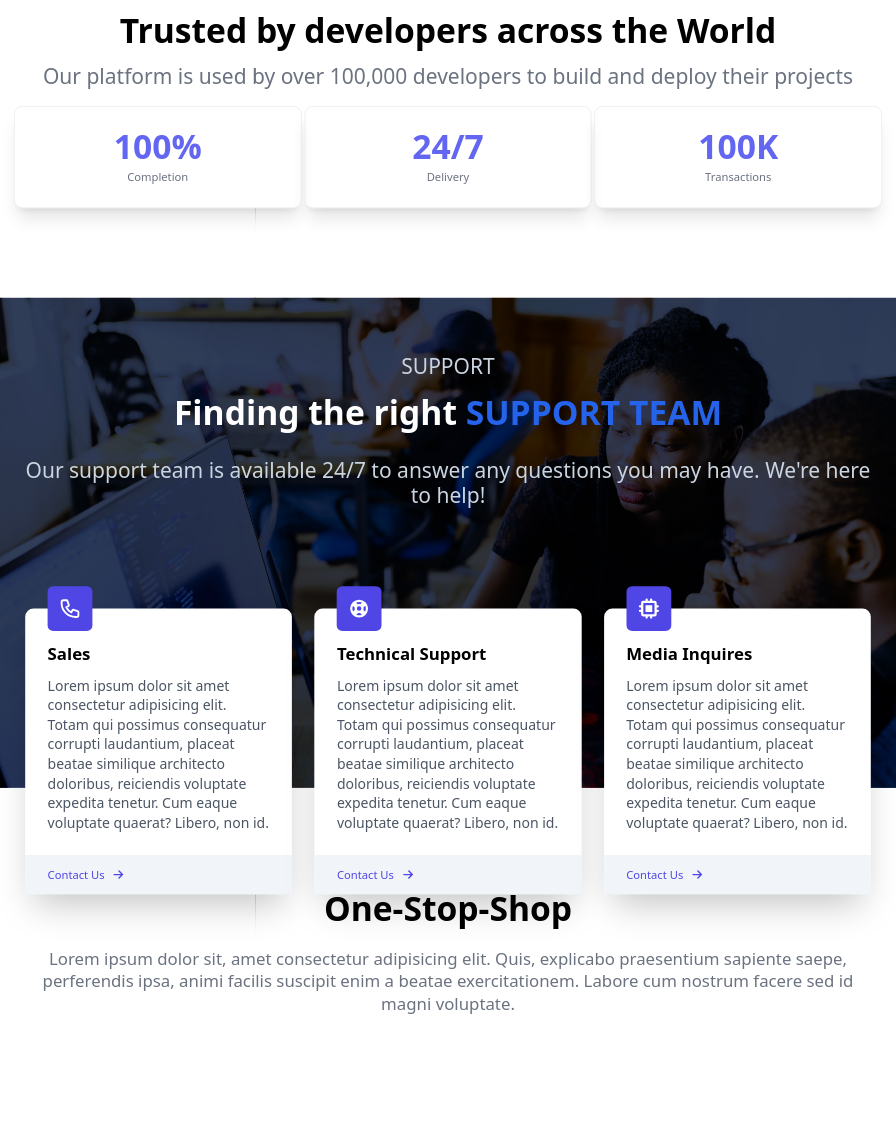
Repository: Esther-Kamau/cloud-management
Page: /
An editor plug-in stored every save of this project. The page is shown before and after a run of saves, followed by the edit.
The browser window is 1280 px wide. The pictures show the part of the page from y = 828 to 2748 px (the page is 2454 px tall before and 2748 px after), at 70% of full size.
The project was rebuilt for these pictures with package versions that can differ from the ones it lists, and the page was loaded fresh each time. A package was used in the major version that the imports need, not the one package.json lists.

Above is the page before, as saved 2023-03-16 20:31:42.

### public/index.html
<!DOCTYPE html>
<html lang="en">
  <head>
    <meta charset="utf-8" />
    <link rel="icon" href="%PUBLIC_URL%/Logo.png" />
    <meta name="viewport" content="width=device-width, initial-scale=1" />
    <meta name="theme-color" content="#000000" />
    <meta
      name="description"
      content="Web site created using create-react-app"
    />
    <link rel="apple-touch-icon" href="%PUBLIC_URL%/Logo.png" />
    <!--
      manifest.json provides metadata used when your web app is installed on a
      user's mobile device or desktop. See https://developers.google.com/web/fundamentals/web-app-manifest/
    -->
    <link rel="manifest" href="%PUBLIC_URL%/manifest.json" />
    <!--
      Notice the use of %PUBLIC_URL% in the tags above.
      It will be replaced with the URL of the `public` folder during the build.
      Only files inside the `public` folder can be referenced from the HTML.

      Unlike "/favicon.ico" or "favicon.ico", "%PUBLIC_URL%/favicon.ico" will
      work correctly both with client-side routing and a non-root public URL.
      Learn how to configure a non-root public URL by running `npm run build`.
    -->
    <title>Cloud Technology</title>
  </head>
  <body>
    <noscript>You need to enable JavaScript to run this app.</noscript>
    <div id="root"></div>
    <!--
      This HTML file is a template.
      If you open it directly in the browser, you will see an empty page.

      You can add webfonts, meta tags, or analytics to this file.
      The build step will place the bundled scripts into the <body> tag.

      To begin the development, run `npm start` or `yarn start`.
      To create a production bundle, use `npm run build` or `yarn build`.
    -->
  </body>
</html>

### src/index.css
@tailwind base;
@tailwind components;
@tailwind utilities;

@layer base{
    li{
      @apply p-4 text-white hover:text-slate-300
    }
    button {
        @apply p-4 text-white border bg-blue-600 border-blue-600
        hover:bg-transparent hover:text-black rounded-md
      }
}

### src/App.jsx
import Navbar from "./components/Navbar"
import Hero from "./components/Hero"
import About from "./components/About"
import Support from "./components/Support"
import Features from "./components/Features"

function App() {
  return (

    <>
  <Navbar/>
  <Hero/>
  <About/>
  <Support/>
  <Features/>
    </>
  );
}

export default App;

### src/components/Navbar.jsx
import React, { useState } from "react";
import { MenuIcon, XIcon } from "@heroicons/react/outline";
import Logo from "../assets/Logo.png";

const Navbar = () => {
  const [nav, setNav] = useState(false);
  const handleClick = () => setNav(!nav);

  return (
    <div className="w-screen h-[100px] z-10 bg-blue-900 fixed drop-shadow-lg">
      <div className="px-2 flex justify-between items-center w-full h-full">
        <div className="flex items-center">
          <img className="h-[180px] w-[180px]" src={Logo} alt="Logoimg" />
          <ul className="hidden md:flex">
            <li>Home</li>
            <li>About</li>
            <li>Support</li>
            <li>Platforms</li>
            <li>Pricing</li>
          </ul>
        </div>
        <div className="hidden md:flex pr-4">
          <button className="border-none bg-white text-black mr-4 hover:text-white hover:bg-blue-300">
            Sign In
          </button>
          <button className="border-none bg-white text-black px-8 py-3 hover:text-white hover:bg-blue-300">
            Sign Up
          </button>
        </div>
        {/* toggle state */}
        <div className="md:hidden" onClick={handleClick}>
          {/* if the opposite of nav is true display this else xicon */}
          {!nav ? (
            <MenuIcon className="w-8 stroke-white" />
          ) : (
            <XIcon className="w-8 stroke-white" />
          )}
        </div>
      </div>
      {/* if nav is not true hide the menu if tru display the menu */}
      <ul className={!nav ? "hidden" : "absolute bg-blue-900 w-full px-8"}>
        <li className="border-b-2 border-blue-200 w-full">Home</li>
        <li className="border-b-2 border-blue-200 w-full">About</li>
        <li className="border-b-2 border-blue-200 w-full">Support</li>
        <li className="border-b-2 border-blue-200 w-full">Platforms</li>
        <li className="border-b-2 border-blue-200 w-full">Pricing</li>
        <div className="flex flex-col my-4">
          <button className=" bg-transparent text-white mb-4 hover:bg-white hover:text-black">Sign In</button>

          <button className="px-8 py-3">Sign Up</button>
        </div>
      </ul>
    </div>
  );
};

export default Navbar;

### src/components/Hero.jsx
import React from "react";
import {
  CloudUploadIcon,
  DatabaseIcon,
  PaperAirplaneIcon,
  ServerIcon,
} from "@heroicons/react/solid";

import bgImg from "../assets/cyber-bg.png";

const Hero = () => {
  return (
    <div className="w-full h-screen flex flex-col justify-between">
      <div className="grid md:grid-cols-2 max-w-[1240px] m-auto">
        <div className="flex flex-col justify-center md:items-start w-full px-2 py-3">
          <p className="text-2xl">Unique Sequencing & Production</p>
          <h1 className="py-3 text-5xl font-bold md:text-7xl">
            Cloud Management
          </h1>
          <p className="text-2xl mb-3">
            This is our{" "}
            <span className="text-blue-600 font-bold">CLOUD TECH</span> Brand
          </p>
          <button className="py-3 px-6 sm:w-[60%] my-4">
            Let's get you started
          </button>
        </div>
        <div>
          <img src={bgImg} alt="bg" className="w-full" />
        </div>
        {/* check on this later: absolute position */}
        <div
         className='absolute flex flex-col py-8 md:min-w-[760px] bottom-[-5%]
         mx-1 md:left-1/2 transform md:-translate-x-1/2 bg-white
         border border-slate-300 rounded-xl text-center shadow-xl'
        >
          <p className="text-xl font-semibold text-center">Data Services</p>
          <div className="flex flex-wrap justify-between px-4">
            <p className="flex px-4 py-2 text-slate-600"><CloudUploadIcon  className="h-6 text-indigo-600" /> App Security</p>
            <p className="flex px-4 py-2 text-slate-600"><DatabaseIcon className="h-6 text-indigo-600" /> Dashboard Designs</p>
            <p className="flex px-4 py-2 text-slate-600"><ServerIcon className="h-6 text-indigo-600"/> Cloud Data</p>
            <p className="flex px-4 py-2 text-slate-600"><PaperAirplaneIcon className="h-6 text-indigo-600"/> API</p>
          </div>
        </div>
      </div>
    </div>
  );
};

export default Hero;

### src/components/About.jsx
import React from "react";

const About = () => {
  return (
    <div className="w-full my-32">
      <div className="max-w-[1240px] mx-auto">
        <div className="text-center">
          <h2 className="text-5xl font-bold">
            Trusted by developers across the World
          </h2>
          <p className="text-3xl py-6 text-gray-500 font-medium">
            Our platform is used by over 100,000 developers to build and deploy
            their projects
          </p>
        </div>
<div className="grid md:grid-cols-3 gap-1 text-center">

        <div  className="border py-8 rounded-xl shadow-xl ">
          <p className="text-5xl text-indigo-500 font-bold">100%</p>
          <p className="text-gray-500 mt-2">Completion</p>
        </div>
        <div className="border py-8 rounded-xl shadow-xl ">
          <p className="text-5xl text-indigo-500 font-bold">24/7</p>
          <p className="text-gray-500 mt-2">Delivery</p>
        </div>
        <div className="border py-8 rounded-xl shadow-xl ">
          <p className="text-5xl text-indigo-500 font-bold">100K</p>
          <p className="text-gray-500 mt-2">Transactions</p>
        </div>
</div>
      </div>
    </div>
  );
};

export default About;

### src/components/Support.jsx
import React from "react";
import { PhoneIcon, ArrowSmRightIcon } from "@heroicons/react/outline";
import { ChipIcon, SupportIcon } from "@heroicons/react/solid";

import supportImg from "../assets/support.jpg";

const Support = () => {
  return (
    <div className="w-full h-screen mt-24">
      <div className="w-full h-[700px] bg-gray-900/90 absolute">
        <img
          src={supportImg}
          alt="/"
          className="w-full h-full object-cover mix-blend-overlay"
        />
      </div>
      <div className="max-w-[1240px] mx-auto text-white relative">
        <div className="px-4 py-12">
          <h2 className="pt-8 text-3xl uppercase text-center text-slate-300">
            Support
          </h2>
          <p className=" text-center text-5xl font-bold py-6 ">
            Finding the right
            <span className="text-blue-600"> SUPPORT TEAM</span>
          </p>
          <p className="text-3xl text-slate-300 py-4 text-center">
            Our support team is available 24/7 to answer any questions you may
            have. We're here to help!
          </p>
        </div>
        <div className="grid grid-cols-1 lg:grid-cols-3 relative gap-y-16 gap-x-8 px-4 pt-12 sm:pt-20 text-black">
          <div className="bg-white rounded-xl shadow-2xl hover:drop-shadow-lg">
            <div className="p-8">
              <PhoneIcon className="p-4 w-16 text-white bg-indigo-600 mt-[-4rem] rounded-lg" />
              <h3 className="text-2xl my-4 font-bold">Sales</h3>
              <p className="text-gray-600 text-xl">
                Lorem ipsum dolor sit amet consectetur adipisicing elit. Totam
                qui possimus consequatur corrupti laudantium, placeat beatae
                similique architecto doloribus, reiciendis voluptate expedita
                tenetur. Cum eaque voluptate quaerat? Libero, non id.
              </p>
            </div>
            <div className="bg-slate-100 pl-8 py-4 ">
            <a href="">
                <p className="flex items-center text-indigo-600">
                  Contact Us <ArrowSmRightIcon className="ml-2 w-6" />
                </p>
              </a>
            </div>
          </div>
          <div className="bg-white rounded-xl shadow-2xl hover:drop-shadow-lg">
            <div className="p-8">
              <SupportIcon className="p-4 w-16 text-white bg-indigo-600 mt-[-4rem] rounded-lg" />
              <h3 className="text-2xl my-4 font-bold">Technical Support</h3>
              <p className="text-gray-600 text-xl">
                Lorem ipsum dolor sit amet consectetur adipisicing elit. Totam
                qui possimus consequatur corrupti laudantium, placeat beatae
                similique architecto doloribus, reiciendis voluptate expedita
                tenetur. Cum eaque voluptate quaerat? Libero, non id.
              </p>
            </div>
            <div className="bg-slate-100 pl-8 py-4 ">
              <a href="">
                <p className="flex items-center text-indigo-600">
                  Contact Us <ArrowSmRightIcon className="ml-2 w-6" />
                </p>
              </a>
            </div>
          </div>
          <div className="bg-white rounded-xl shadow-2xl hover:drop-shadow-lg">
            <div className="p-8">
              <ChipIcon className="p-4 w-16 text-white bg-indigo-600 mt-[-4rem] rounded-lg" />
              <h3 className="text-2xl my-4 font-bold">Media Inquires</h3>
              <p className="text-gray-600 text-xl">
                Lorem ipsum dolor sit amet consectetur adipisicing elit. Totam
                qui possimus consequatur corrupti laudantium, placeat beatae
                similique architecto doloribus, reiciendis voluptate expedita
                tenetur. Cum eaque voluptate quaerat? Libero, non id.
              </p>
            </div>
            <div className="bg-slate-100 pl-8 py-4 ">
            <a href="">
                <p className="flex items-center text-indigo-600">
                  Contact Us <ArrowSmRightIcon className="ml-2 w-6" />
                </p>
              </a>
            </div>
          </div>
        </div>
      </div>
    </div>
  );
};

export default Support;

### src/components/Features.jsx
import React from 'react'
import { CheckIcon } from '@heroicons/react/outline'

const Features = () => {
  return (
    <div className='h-full my-32'>
        <div className='max-w-[1240px] mx-auto px-2'>
            <h2 className='font-bold text-center text-5xl'>One-Stop-Shop</h2>
            <p className='text-center text-2xl py-8 text-gray-500'>Lorem ipsum dolor sit, amet consectetur adipisicing elit. Quis, explicabo praesentium sapiente saepe, perferendis ipsa, animi facilis suscipit enim a beatae exercitationem. Labore cum nostrum facere sed id magni voluptate.</p>
<div className='grid sm:grid-cols-1 lg:grid-cols-4 gap-4 pt-4' >
    <div className='flex '>

    </div>

</div>
        </div>
    </div>
  )
}

export default Features

### tailwind.config.js
/** @type {import('tailwindcss').Config} */
module.exports = {
  content: ['./src/**/*.{js,jsx,ts,tsx}'],
  theme: {
    screens: {
      sm: '640px',
      // => @media (min-width: 640px) { ... }

      md: '768px',
      // => @media (min-width: 768px) { ... }

      lg: '1024px',
      // => @media (min-width: 1024px) { ... }

      xl: '1280px',
      // => @media (min-width: 1280px) { ... }

      '2xl': '1536px',
      // => @media (min-width: 1536px) { ... }
    },
  },
  plugins: [],
};

Loaded but not shown: src/index.js (common file)

After the next 2 saves:
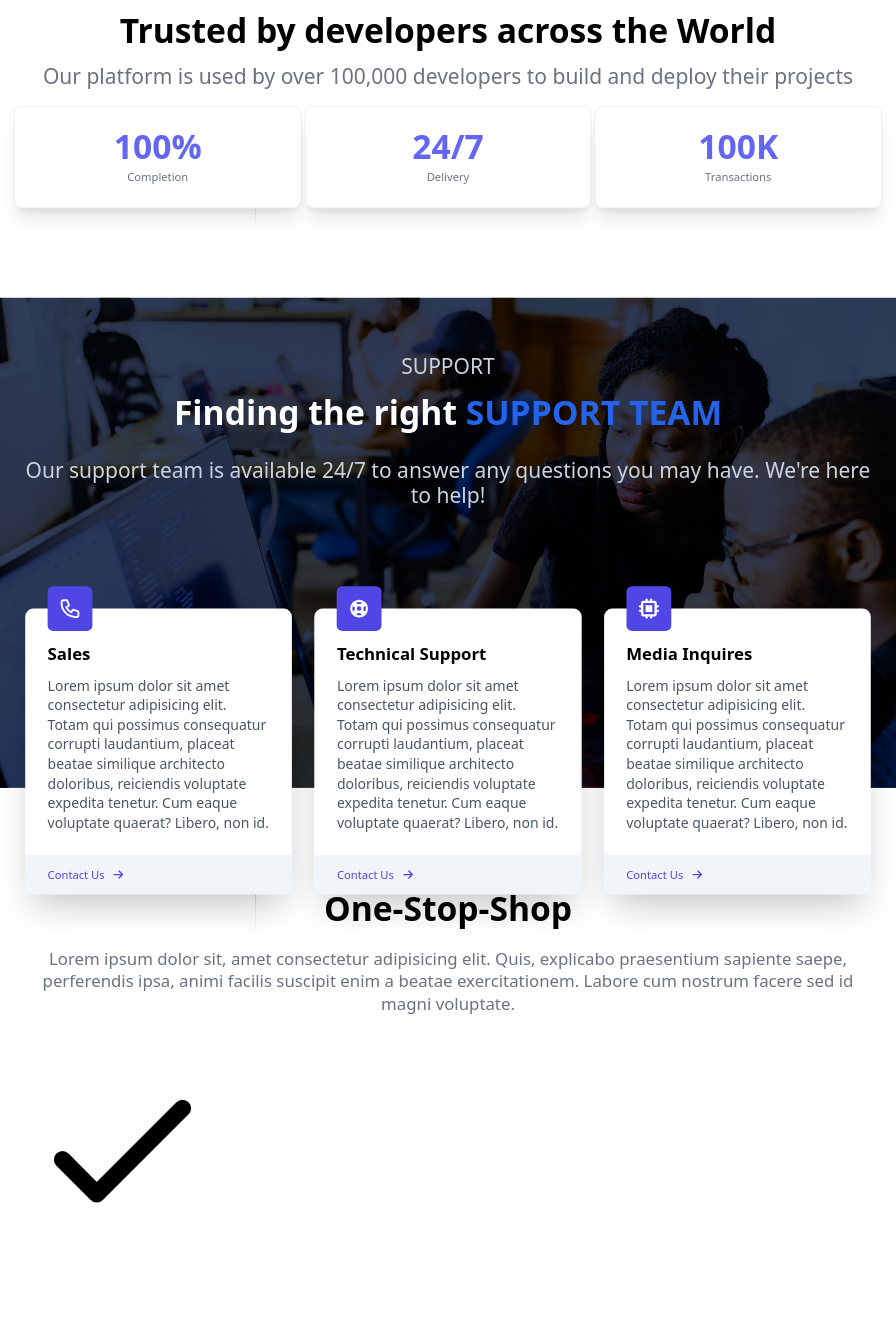
The 2 saves are shown as one change because they came seconds apart.
The last was saved 11 s later.
--- a/src/components/Features.jsx
+++ b/src/components/Features.jsx
@@ -9,7 +9,7 @@ const Features = () => {
             <p className='text-center text-2xl py-8 text-gray-500'>Lorem ipsum dolor sit, amet consectetur adipisicing elit. Quis, explicabo praesentium sapiente saepe, perferendis ipsa, animi facilis suscipit enim a beatae exercitationem. Labore cum nostrum facere sed id magni voluptate.</p>
 <div className='grid sm:grid-cols-1 lg:grid-cols-4 gap-4 pt-4' >
     <div className='flex '>
-
+<CheckIcon/>
     </div>
 
 </div>
